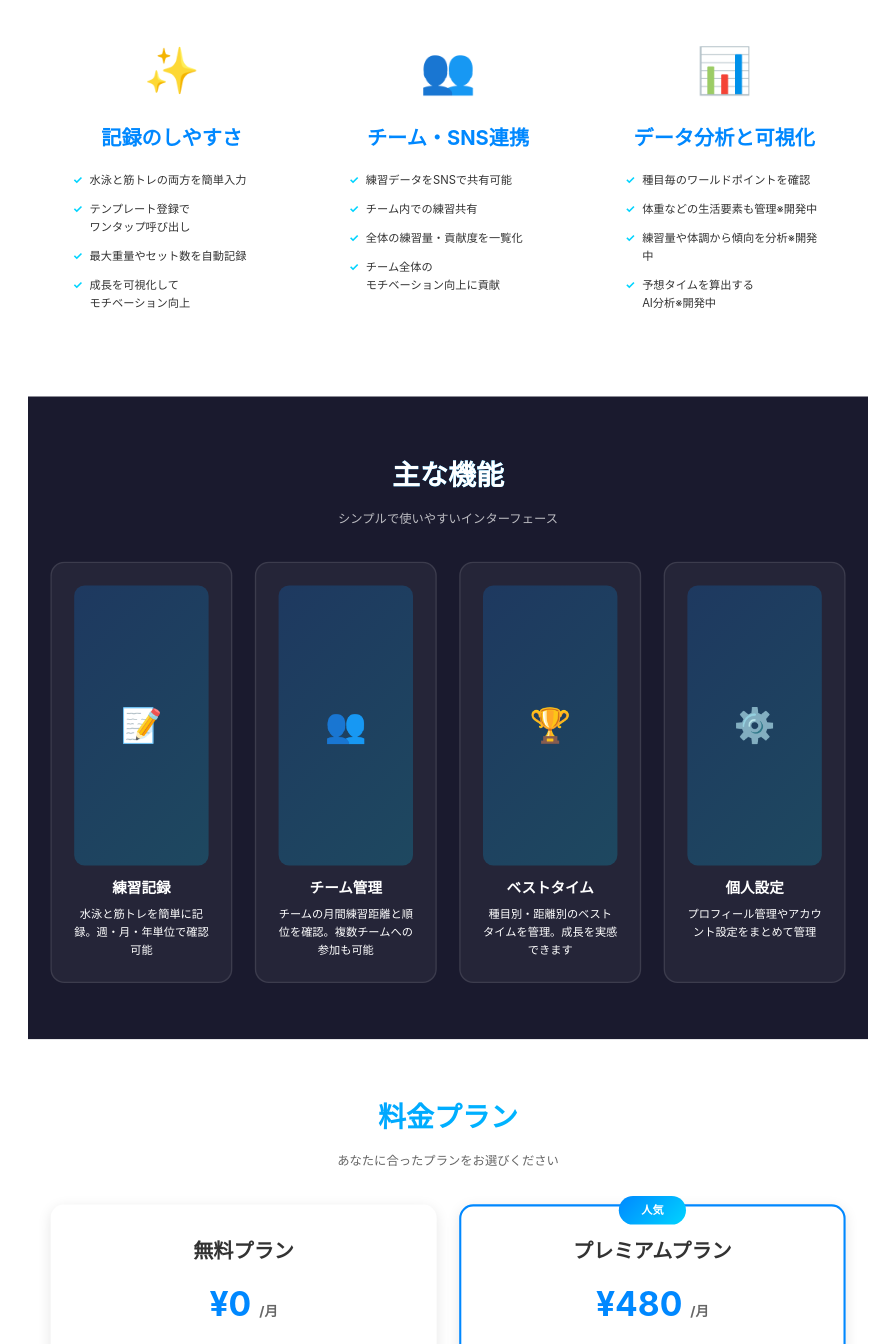
Repository: kentashx/smaswi-public
Page: index.html
The author's editor kept a copy of each file at every save. The page is drawn from the files as they stood at one save, then again after the next save.
The browser window is 1280 px wide. The pictures show the part of the page from y = 1508 to 3428 px (the page is 4737 px tall before and 4763 px after), at 70% of full size.

Above is the page before, as saved 2025-10-26 13:21:02.

After the next save:
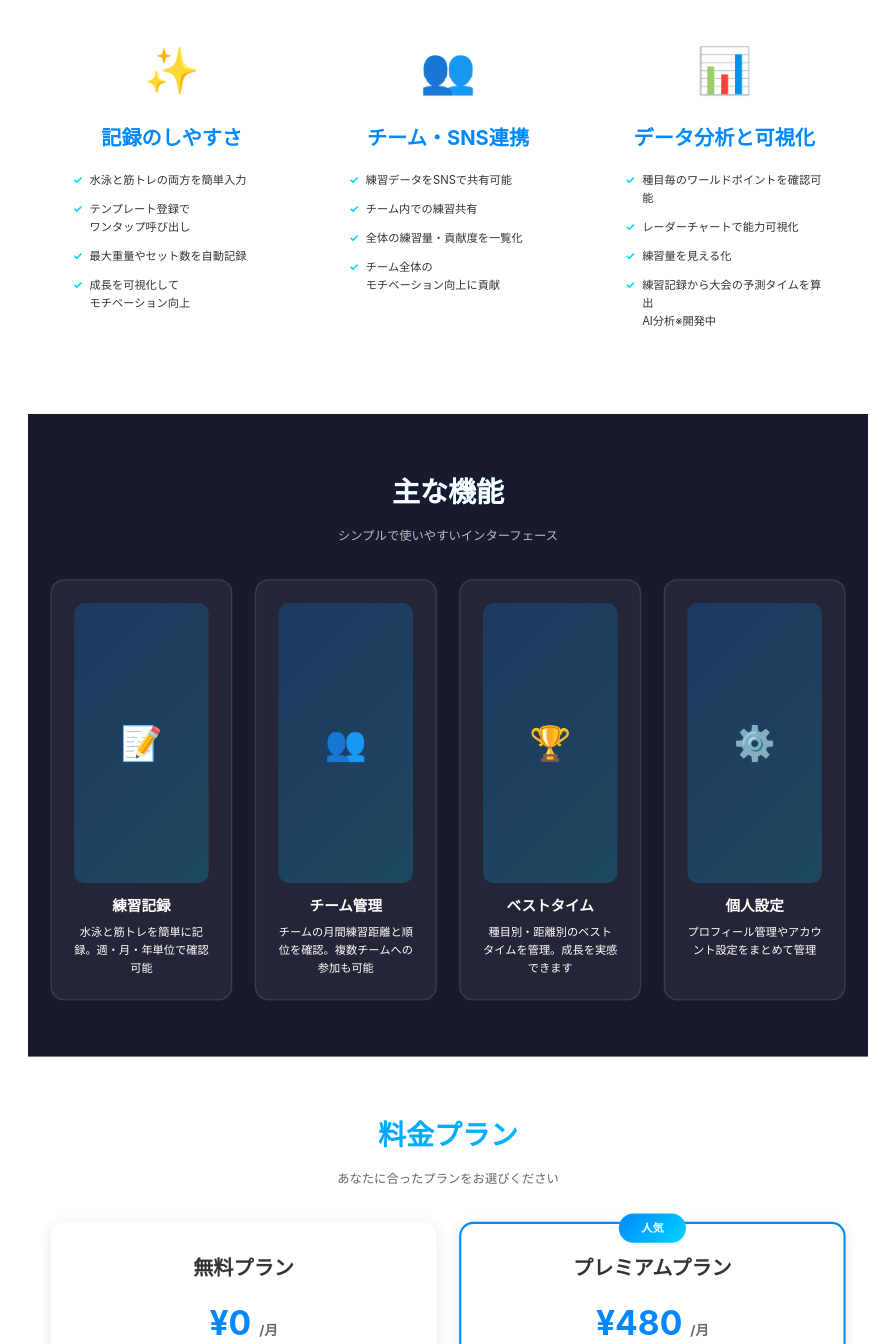
Saved 61 s later.
--- a/index.html
+++ b/index.html
@@ -679,11 +679,11 @@
                     <div class="feature-icon">📊</div>
                     <h3>データ分析と可視化</h3>
                     <ul class="feature-list">
-                        <li>種目毎のワールドポイントを確認</li>
-                        <li>体重などの生活要素も管理※開発中</li>
-                        <li>練習量や体調から傾向を分析※開発中</li>
+                        <li>種目毎のワールドポイントを確認可能</li>
+                        <li>レーダーチャートで能力可視化</li>
+                        <li>練習量を見える化</li>
                         <li>
-                            予想タイムを算出する
+                            練習記録から大会の予測タイムを算出
                             <br>
                             AI分析※開発中
                         </li>
